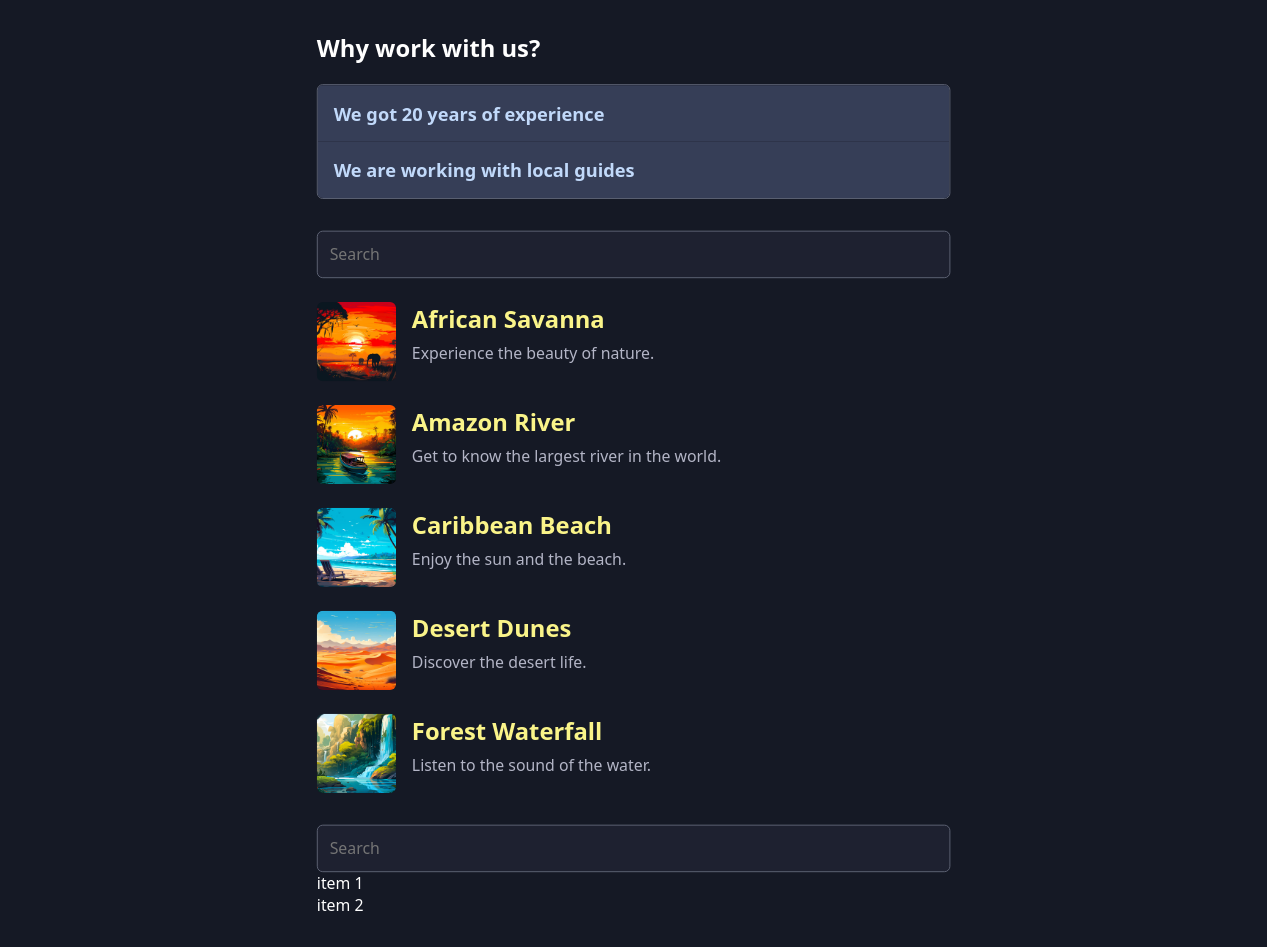
Repository: Snzslt/ReactPattern
Page: /
An editor plug-in stored every save of this project. The page is shown before and after the next save, followed by the edit.
The browser window is 1280 px wide. The pictures show the whole page, at 99% of full size.
The project was rebuilt for these pictures with package versions that can differ from the ones it lists, and the page was loaded fresh each time. Also part of the build but not shown: vite.config.js.

Above is the page before, as saved 2024-05-15 14:04:12.

### src/App.jsx
import Accordion from './components/Accordion/Accordion.jsx';
import SearchableList from './components/SearchableList/SearchableList.jsx';
import savannaImg from './assets/african-savanna.jpg';
import amazonImg from './assets/amazon-river.jpg';
import caribbeanImg from './assets/caribbean-beach.jpg';
import desertImg from './assets/desert-dunes.jpg';
import forestImg from './assets/forest-waterfall.jpg';
import Place from './Place.jsx';

const PLACES = [
  {
    id: 'african-savanna',
    image: savannaImg,
    title: 'African Savanna',
    description: 'Experience the beauty of nature.',
  },
  {
    id: 'amazon-river',
    image: amazonImg,
    title: 'Amazon River',
    description: 'Get to know the largest river in the world.',
  },
  {
    id: 'caribbean-beach',
    image: caribbeanImg,
    title: 'Caribbean Beach',
    description: 'Enjoy the sun and the beach.',
  },
  {
    id: 'desert-dunes',
    image: desertImg,
    title: 'Desert Dunes',
    description: 'Discover the desert life.',
  },
  {
    id: 'forest-waterfall',
    image: forestImg,
    title: 'Forest Waterfall',
    description: 'Listen to the sound of the water.',
  },
];

function App() {
  return (
    <main>
      <section>
        <h2>Why work with us?</h2>

        <Accordion className="accordion">
          <Accordion.Item id="experience" className="accordion-item">
            <Accordion.Title className="accordion-item-title">
              We got 20 years of experience
            </Accordion.Title>
            <Accordion.Content className="accordion-item-content">
              <article>
                <p>You can&apos;t go wrong with us.</p>
                <p>
                  We are in the business of planning highly individualized
                  vacation trips for more than 20 years.
                </p>
              </article>
            </Accordion.Content>
          </Accordion.Item>
          <Accordion.Item id="local-guides" className="accordion-item">
            <Accordion.Title className="accordion-item-title">
              We are working with local guides
            </Accordion.Title>
            <Accordion.Content className="accordion-item-content">
              <article>
                <p>We are not doing this along from our office.</p>
                <p>
                  Instead, we are working with local guides to ensure a safe and
                  pleasant vacation.
                </p>
              </article>
            </Accordion.Content>
          </Accordion.Item>
        </Accordion>
      </section>
      <section>
      <SearchableList items={PLACES} itemKeyFn={(item) => item.id}>
          {(item) => <Place item={item} />}
        </SearchableList>
        <SearchableList items={['item 1', 'item 2']} itemKeyFn={(item) => item}>
          {(item) => item}
        </SearchableList>
      </section>
    </main>
  );
}

export default App;

### src/components/Accordion/Accordion.jsx
import { createContext, useContext, useState } from 'react';

import AccordionItem from './AccordionItem.jsx';
import AccordionTitle from './AccordionTitle.jsx';
import AccordionContent from './AccordionContent.jsx';

const AccordionContext = createContext();

export function useAccordionContext() {
  const ctx = useContext(AccordionContext);

  if (!ctx) {
    throw new Error(
      'Accordion-related components must be wrapped by <Accordion>.'
    );
  }

  return ctx;
}

export default function Accordion({ children, className }) {
  const [openItemId, setOpenItemId] = useState();

  function toggleItem(id) {
    setOpenItemId((prevId) => (prevId === id ? null : id));
  }

  const contextValue = {
    openItemId,
    toggleItem,
  };

  return (
    <AccordionContext.Provider value={contextValue}>
      <ul className={className}>{children}</ul>
    </AccordionContext.Provider>
  );
}

Accordion.Item = AccordionItem;
Accordion.Title = AccordionTitle;
Accordion.Content = AccordionContent;

### src/components/SearchableList/SearchableList.jsx
import { useState } from 'react';

export default function SearchableList({ items, itemKeyFn, children }) {
  const [searchTerm, setSearchTerm] = useState('');

  const searchResults = items.filter((item) =>
    JSON.stringify(item).toLowerCase().includes(searchTerm.toLowerCase())
  );

  function handleChange(event) {
    setSearchTerm(event.target.value);
  }

  return (
    <div className="searchable-list">
      <input type="search" placeholder="Search" onChange={handleChange} />
      <ul>
        {searchResults.map((item) => (
          <li key={itemKeyFn(item)}>
            {children(item)}
          </li>
        ))}
      </ul>
    </div>
  );
}

### src/Place.jsx
export default function Place({ item }) {
    return (
      <article className="place">
        <img src={item.image} alt={item.title} />
        <div>
          <h2>{item.title}</h2>
          <p>{item.description}</p>
        </div>
      </article>
    );
  }

### src/components/Accordion/AccordionItem.jsx
import { createContext, useContext } from 'react';

const AccordionItemContext = createContext();

export function useAccordionItemContext() {
  const ctx = useContext(AccordionItemContext);

  if (!ctx) {
    throw new Error(
      'AccordionItem-related components must be wrapped by <Accordion.Item>.'
    );
  }

  return ctx;
}

export default function AccordionItem({ id, className, children }) {
  return (
    <AccordionItemContext.Provider value={id}>
      <li className={className}>{children}</li>
    </AccordionItemContext.Provider>
  );
}

### src/components/Accordion/AccordionTitle.jsx
import { useAccordionContext } from './Accordion.jsx';
import { useAccordionItemContext } from './AccordionItem.jsx';

export default function AccordionTitle({ className, children }) {
  const { toggleItem } = useAccordionContext();
  const id = useAccordionItemContext();
  return (
    <h3 className={className} onClick={() => toggleItem(id)}>
      {children}
    </h3>
  );
}

### src/components/Accordion/AccordionContent.jsx
import { useAccordionContext } from './Accordion.jsx';
import { useAccordionItemContext } from './AccordionItem.jsx';

export default function AccordionContent({ className, children }) {
  const { openItemId } = useAccordionContext();
  const id = useAccordionItemContext();

  const isOpen = openItemId === id;

  return (
    <div
      className={
        isOpen ? `${className ?? ''} open` : `${className ?? ''} close`
      }
    >
      {children}
    </div>
  );
}

Loaded but not shown: index.html (common file); src/main.jsx (common file); src/index.css (common file)

After the next save:
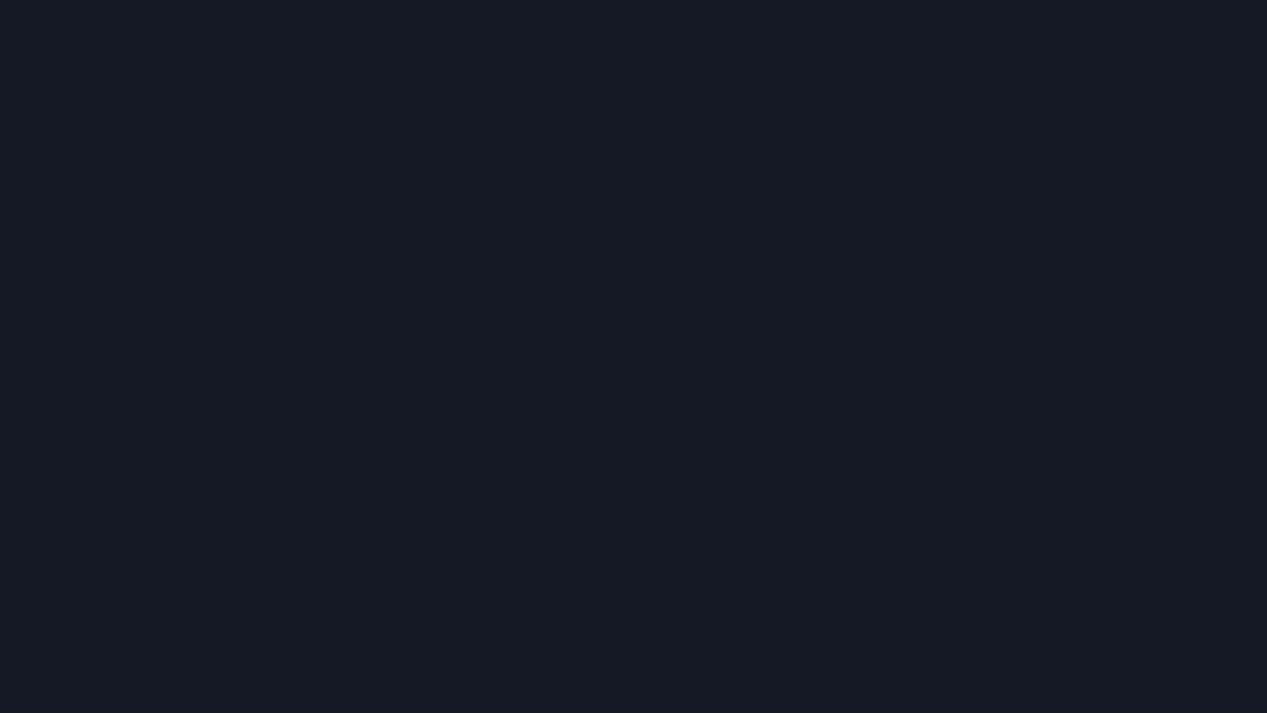
Console error: ReferenceError: useRef is not defined
Saved 7 min 50 s later.
--- a/src/components/SearchableList/SearchableList.jsx
+++ b/src/components/SearchableList/SearchableList.jsx
@@ -1,6 +1,7 @@
 import { useState } from 'react';
 
 export default function SearchableList({ items, itemKeyFn, children }) {
+    const lastChange = useRef();
   const [searchTerm, setSearchTerm] = useState('');
 
   const searchResults = items.filter((item) =>

After the 2 saves that followed:
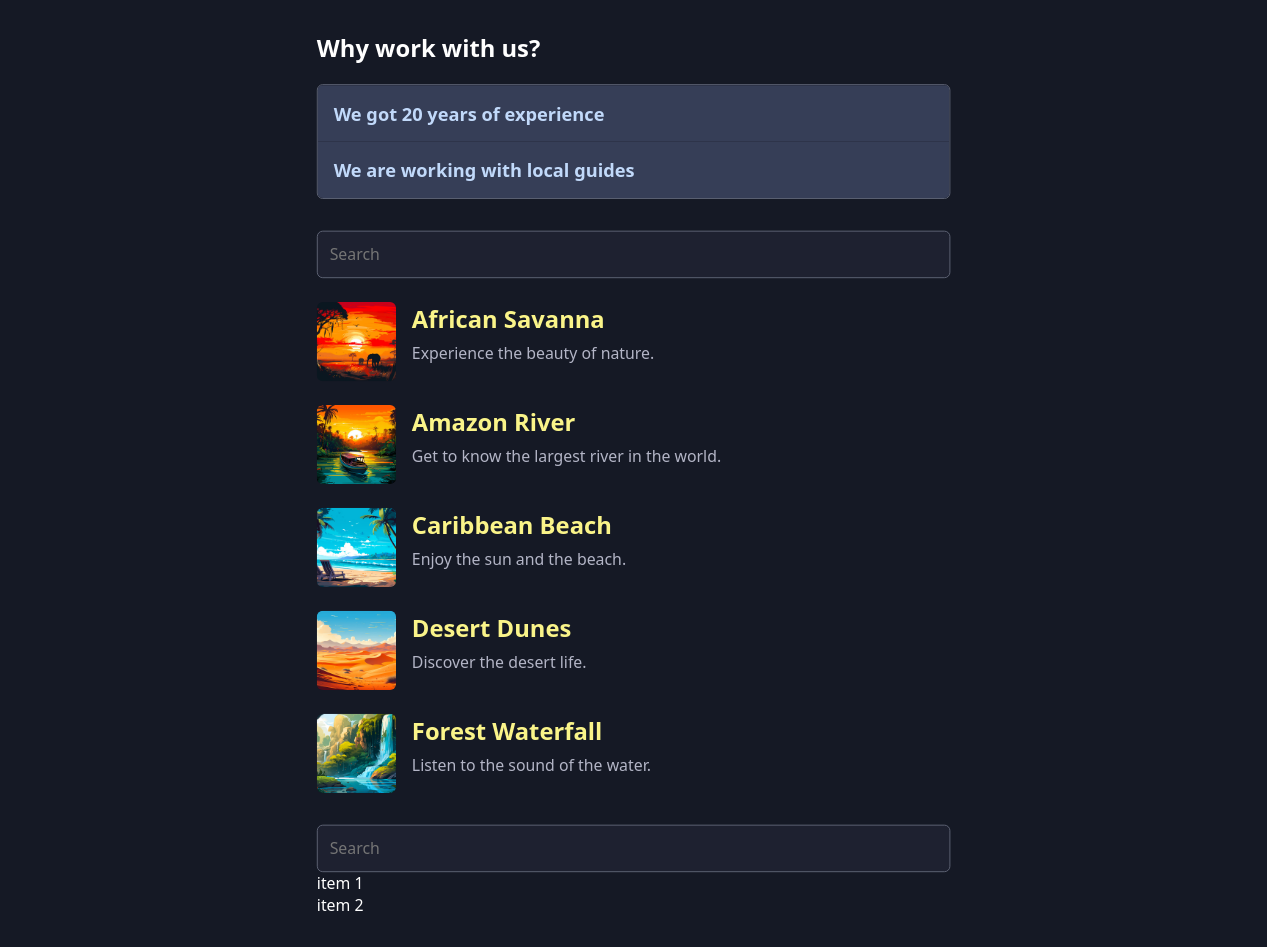
The error is gone.
The 2 saves are shown as one change because they came seconds apart.
The last was saved 6 s later.
--- a/src/components/SearchableList/SearchableList.jsx
+++ b/src/components/SearchableList/SearchableList.jsx
@@ -1,4 +1,4 @@
-import { useState } from 'react';
+import { useState, useRef } from 'react';
 
 export default function SearchableList({ items, itemKeyFn, children }) {
     const lastChange = useRef();
